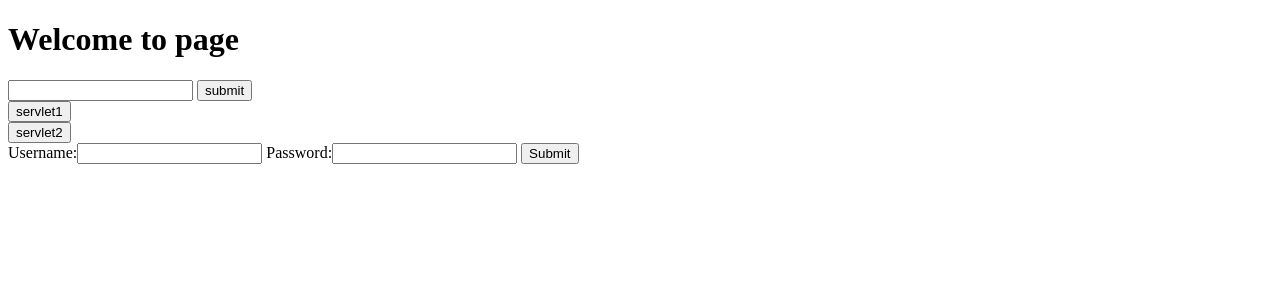
Repository: ankitaunhalkar/Bridgelabz-Servlet
Page: Servlet/WebContent/index.html
The author's editor kept a copy of each file at every save. The page is drawn from the files as they stood at one save, then again after the next save.
The browser window is 1280 px wide. The pictures show the whole page.

Above is the page before, as saved 2018-05-21 06:14:16.

### Servlet/WebContent/index.html
<!DOCTYPE html>
<html>
<head>
<meta charset="UTF-8">
<title>Insert title here</title>
</head>
<body>
<h1>Welcome to page</h1>
<!-- servlet request and response -->
<form action="servletRequestDemo">
<input type="text" name="name"/>
<input type="submit" value="submit"></form>

<!-- servlet config and context -->
<form action="Servlet1">
<input type="submit" value="servlet1"/>
</form>

<!-- servlet config and context -->
<form action="Servlet2">
<input type="submit" value="servlet2"/>
</form>

<form action="">
Username:<input type = "text" name="user">
Password:<input type = "password" name="pass">
<input type="submit" value="Submit">
</form>
</body>
</html>

After the next save:
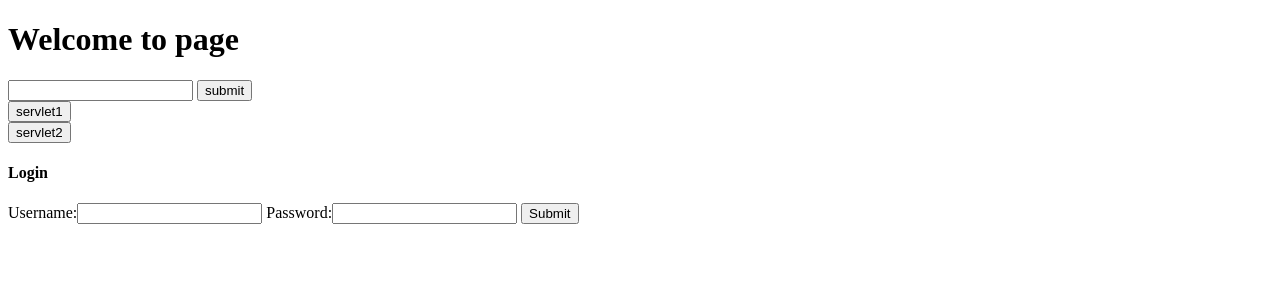
Saved 13 s later.
--- a/Servlet/WebContent/index.html
+++ b/Servlet/WebContent/index.html
@@ -21,6 +21,7 @@
 <input type="submit" value="servlet2"/>
 </form>
 
+<h4>Login</h4>
 <form action="">
 Username:<input type = "text" name="user">
 Password:<input type = "password" name="pass">
